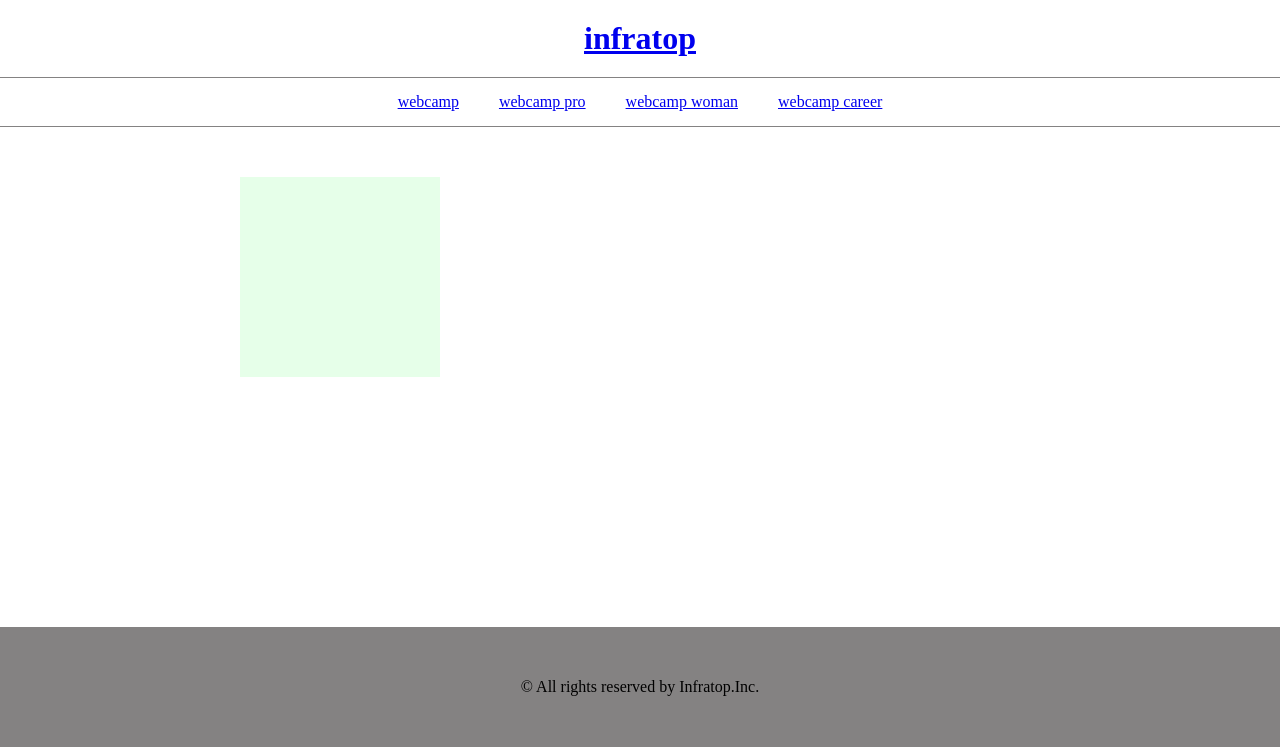
Repository: Yuya0829/HTML
Page: exercise/exercise5.html
The author's editor kept a record of every edit. The page is drawn from the files as they stood at one moment, then again after the next edit.
The browser window is 1280 px wide. The pictures show the whole page.

Above is the page before.

After the next edit:
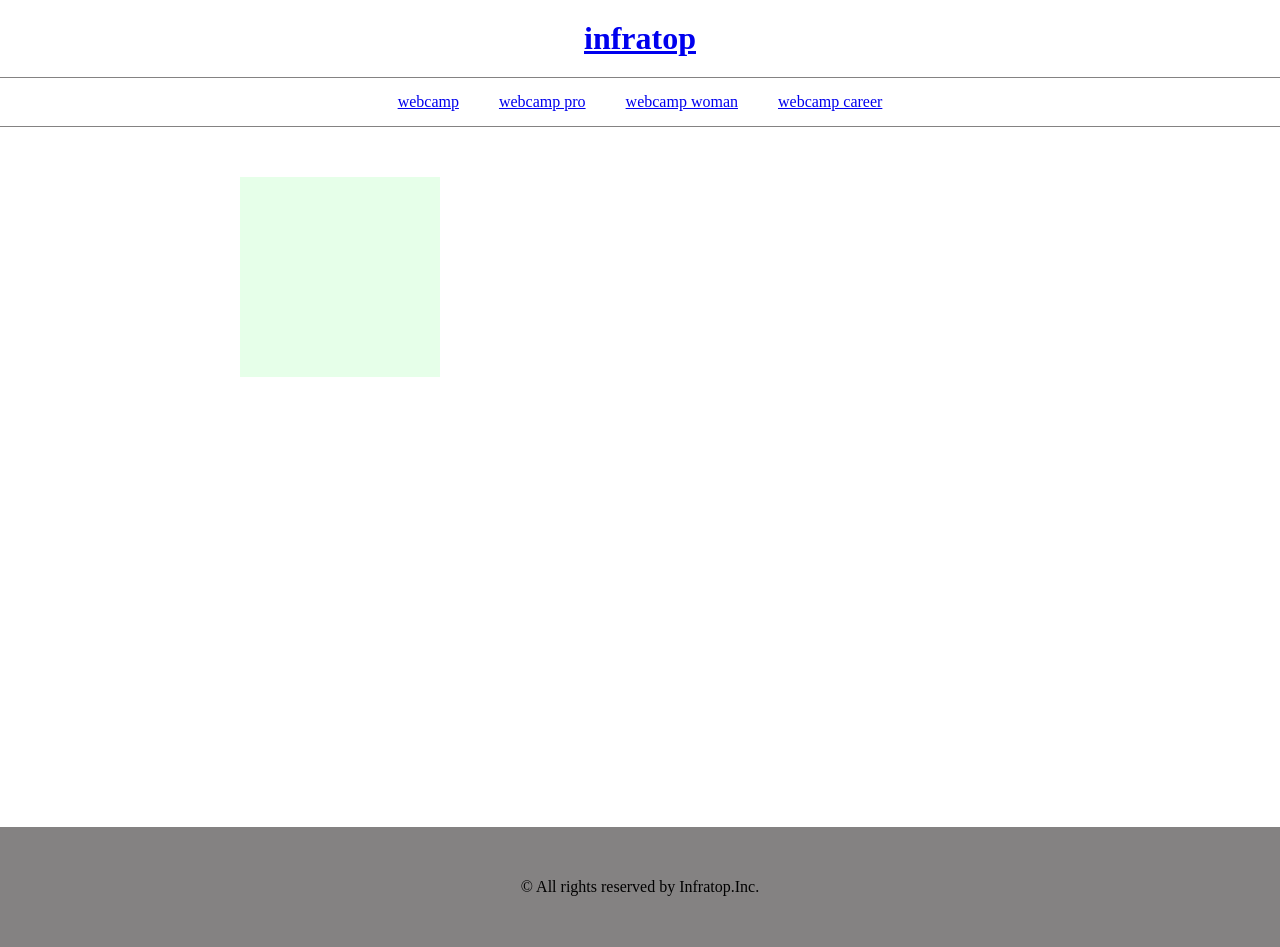
The edit:
--- a/exercise/exercise5.css
+++ b/exercise/exercise5.css
@@ -80,6 +80,12 @@
   background-color: #;
 }
 
+.box9 {
+  width: 200px;
+  height: 200px;
+  background-color: #;
+}
+
 footer {
   width: 100%;
   height: 120px;
